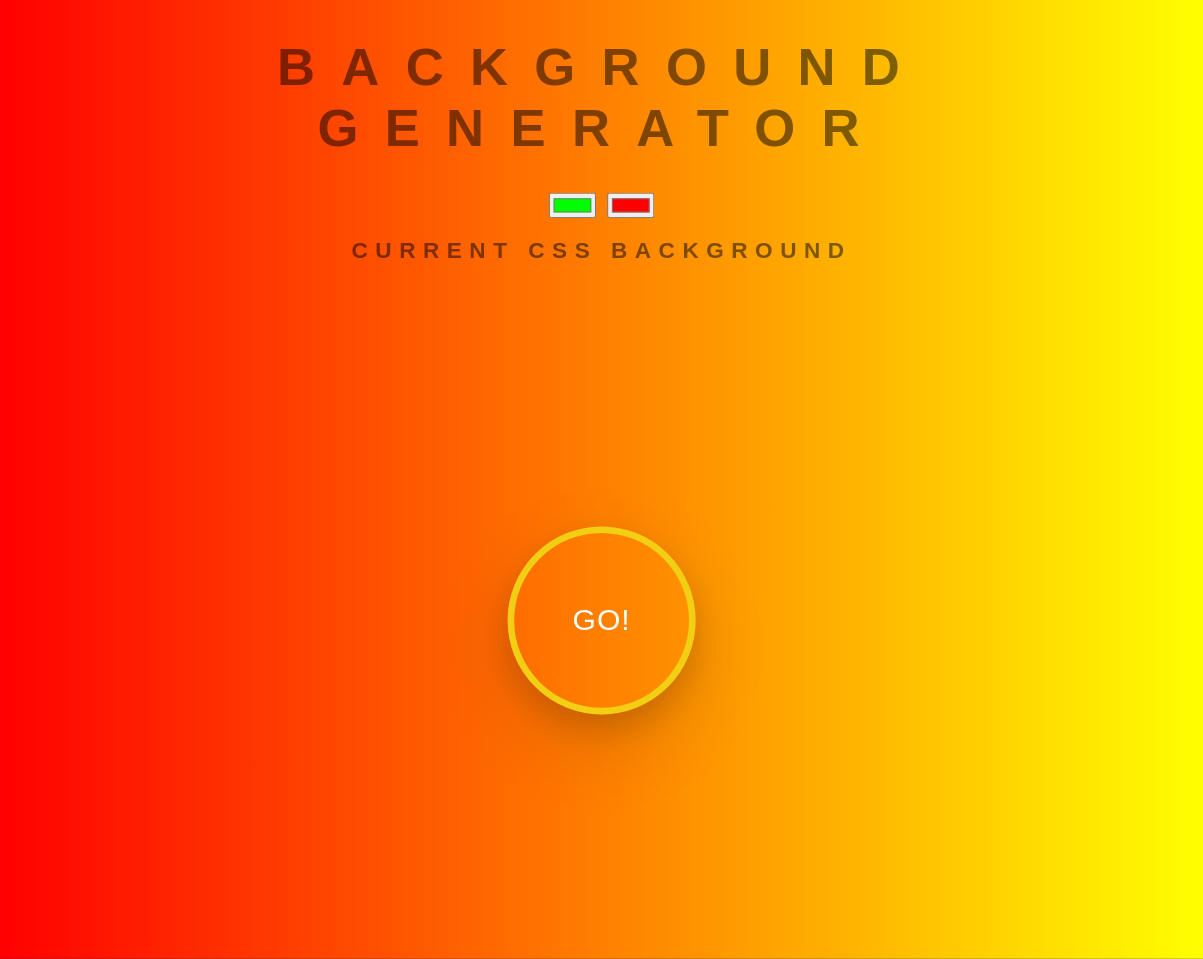
Repository: blgest/background-generator
Page: index.html
These files come from the project's save history. The page is drawn as it stood at one moment and after the next save; the edit follows.
The browser window is 1280 px wide. The pictures show the whole page, at 94% of full size.

Above is the page before, as saved 2020-02-09 10:32:13.
Console error: TypeError: Cannot read properties of null (reading 'style')

After the next save:
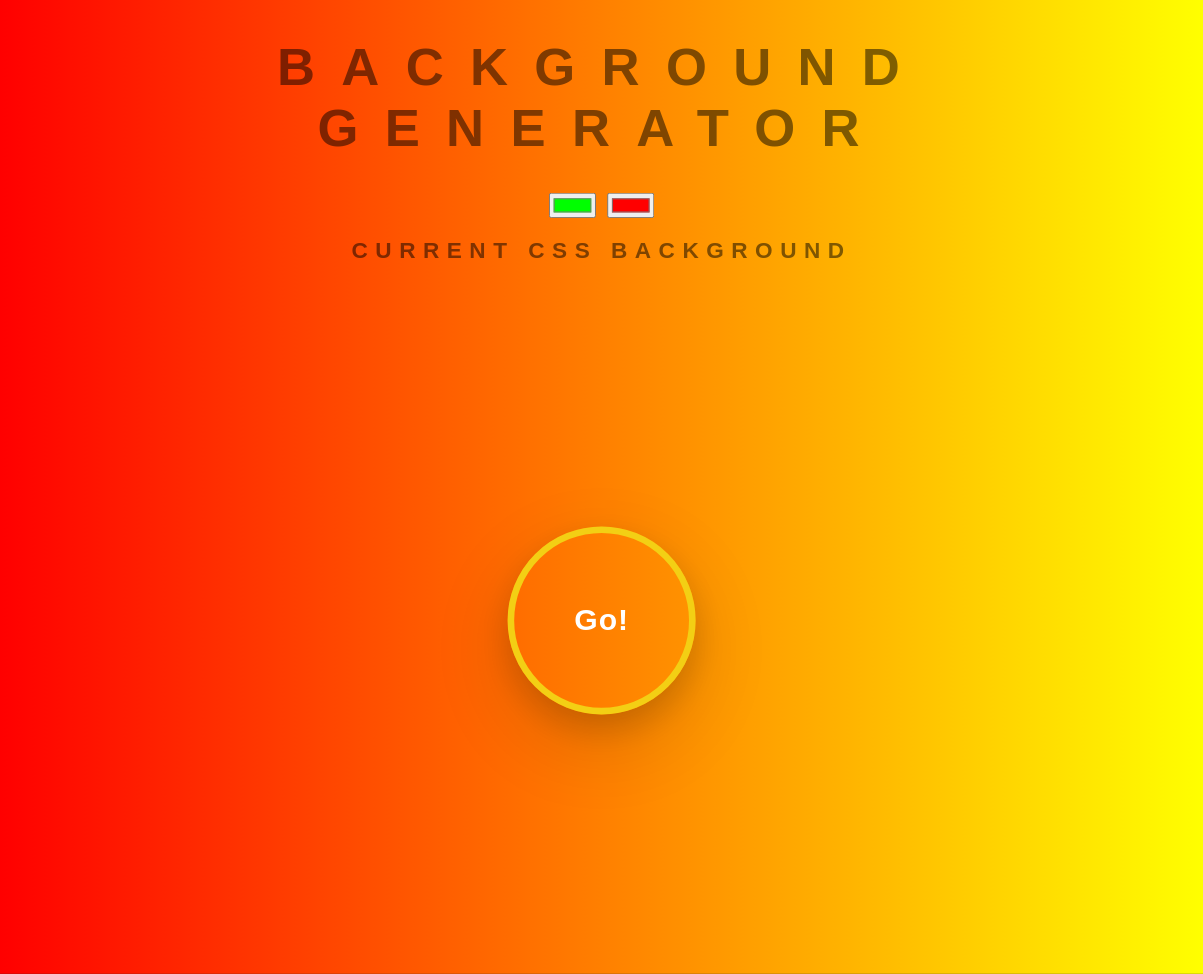
Saved 52 s later.
--- a/index.html
+++ b/index.html
@@ -11,17 +11,19 @@
 	<h2>Current CSS Background</h2>
 	<h3></h3>
 	<!-- <h3><button id="random">Random</button></h3> -->
-	<div id="wrapper">
-		<a href="#" class="my-super-cool-btn">
-		  <div class="dots-container">
-			<div class="dot"></div>
-			<div class="dot"></div>
-			<div class="dot"></div>
-			<div class="dot"></div>
+	<h3 id="random">
+		<div id="wrapper">
+			<a href="#" class="my-super-cool-btn">
+			  <div class="dots-container">
+				<div class="dot"></div>
+				<div class="dot"></div>
+				<div class="dot"></div>
+				<div class="dot"></div>
+			  </div>
+			  <span>Go!</span>
+			</a>
 		  </div>
-		  <span>Go!</span>
-		</a>
-	  </div>
+	</h3>
 	<script type="text/javascript" src="script.js"></script>
 </body>
 </html>
